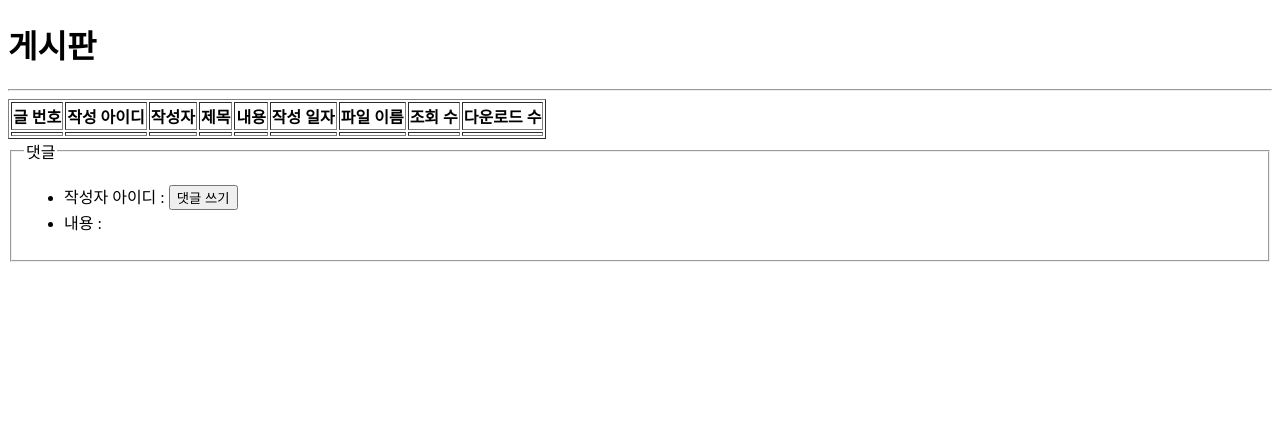
Repository: khy4701/JavaServerPage-Servlet
Page: http://localhost/07.BoardProejct/View.jsp
These files come from the project's save history. The page is drawn as it stood at one moment and after the next save; the edit follows.
The browser window is 1280 px wide. The pictures show the whole page.
The page is served by Tomcat 9.

Above is the page before, as saved 2016-07-27 00:43:45.

After the next save:
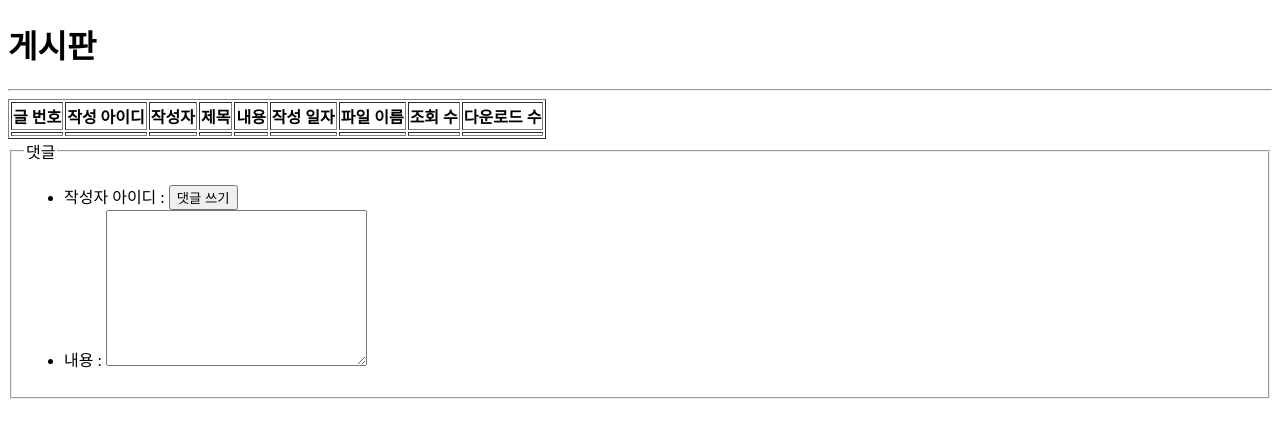
Saved 38 s later.
--- a/07.BoardProejct/WebContent/View.jsp
+++ b/07.BoardProejct/WebContent/View.jsp
@@ -35,7 +35,7 @@
 	<legend>댓글 </legend>
 		<ul>
 			<li>작성자 아이디 : ${content.id} <input type="button" value="댓글 쓰기"> </li>
-			<li>내용 : </li>
+			<li>내용 : <textarea rows="10" cols="30" name="content"></textarea></li></li>
 		</ul>
 </fieldset>
 
